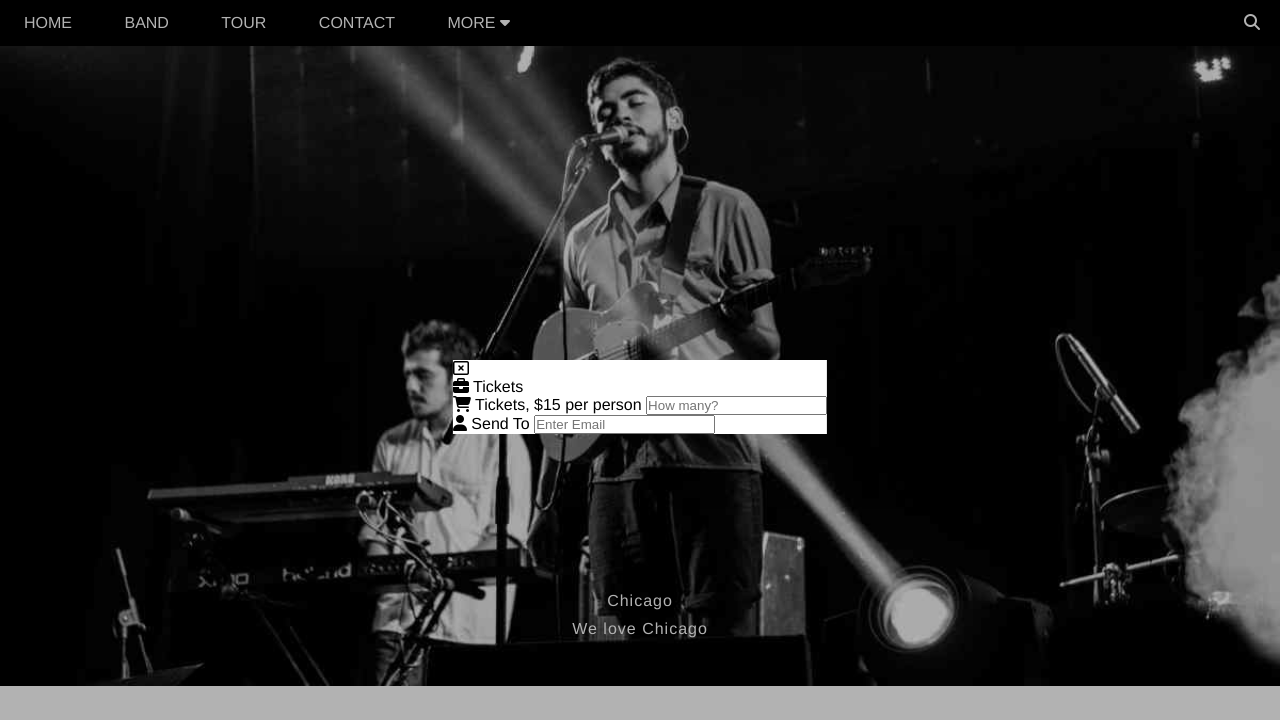
Repository: NguyenMinhChau/Theband
Page: index.html
The author's editor kept a copy of each file at every save. The page is drawn from the files as they stood at one save, then again after the next save.
The browser window is 1280 px wide. The pictures show the window.
A layer covers the whole window, so only the first screen is drawn. Some web libraries are served in a nearby version.

Above is the page before, as saved 2021-10-23 12:47:07.

### index.html
<!DOCTYPE html>
<html lang="en">
<head>
    <meta charset="UTF-8">
    <meta http-equiv="X-UA-Compatible" content="IE=edge">
    <meta name="viewport" content="width=device-width, initial-scale=1.0">
    <title>THE BAND</title>
    <link rel="icon" href="https://www.w3schools.com/w3css/img_la.jpg"/>
    <script src="https://kit.fontawesome.com/a7b0f58175.js" crossorigin="anonymous"></script>
    <link rel="stylesheet" href="./assets/css/style.css">
</head>
<body>
    <div id="main">
        <div id="header">
            <!-- Begin Navigation -->
            <ul id="nav">
                <li><a href="#">Home</a></li>
                <li><a href="#">Band</a></li>
                <li><a href="#">Tour</a></li>
                <li><a href="#">Contact</a></li>
                <li><a href="#">More <i class="fas fa-caret-down"></i></a>
                    <ul class="subnav">
                        <li><a href="#">Merchandise</a></li>
                        <li><a href="#">Extras</a></li>
                        <li><a href="#">Media</a></li>
                    </ul>
                </li>
            </ul>
            <!-- End Navigation -->

            <!-- Begin Search -->
            <div class="icon-search">
                <a href="#"><i class="header-icon-search fas fa-search"></i></a>
            </div>
            <!-- End Search -->
        </div>

        <div id="slider">
            <div class="description">
                <h4>Chicago</h4>
                <p>We love Chicago</p>
            </div>
        </div>

        <div id="content">
            <!-- section: dành cho những phần dùng chung -->
            <!-- ABOUT SECTION -->
            <div class="content-section">
                <h2 class="section-heading">The Band</h2>
                <p class="section-subheading">We love music</p>
                <p class="about-text">We have created a fictional band website. Lorem ipsum dolor sit amet, consectetur adipiscing elit, sed do eiusmod tempor incididunt ut labore et dolore magna aliqua. Ut enim ad minim veniam, quis nostrud exercitation ullamco laboris nisi ut aliquip ex ea commodo consequat. Duis aute irure dolor in reprehenderit in voluptate velit esse cillum dolore eu fugiat nulla pariatur. Excepteur sint occaecat cupidatat non proident, sunt in culpa qui officia deserunt mollit anim id est laborum consectetur adipiscing elit, sed do eiusmod tempor incididunt ut labore et dolore magna aliqua. Ut enim ad minim veniam, quis nostrud exercitation ullamco laboris nisi ut aliquip ex ea commodo consequat.</p>
                <div class="members-list">
                    <div class="member-item">
                        <p class="member-name">Name</p>
                        <img src="./assets/img/about_member01.jpg" alt="" class="member-avata">
                    </div>
                    <div class="member-item">
                        <p class="member-name">Name</p>
                        <img src="./assets/img/about_member01.jpg" alt="" class="member-avata">
                    </div>
                    <div class="member-item">
                        <p class="member-name">Name</p>
                        <img src="./assets/img/about_member01.jpg" alt="" class="member-avata">
                    </div>
                    <div class="clear"></div>
                </div>
            </div>

            <!-- TOUR SECTION -->
            <div class="tour-section">
                <div class="content-section">
                    <h2 class="section-heading text-white">Tours Dates</h2>
                    <p class="section-subheading text-white">Remember to book your tickets!</p>
                    <ul class="tickets-list">
                        <li>September <span class="sold-out">Sold out</span></li>
                        <li>October <span class="sold-out">Sold out</span></li>
                        <li>November <span class="quantity">3</span></li>
                    </ul>
                    <div class="places-list">
                        <div class="place-item">
                            <img src="./assets/img/tour_place01.jpg" alt="New York" class="place-img">
                            <div class="place-body">
                                <h3 class="place-heading">New York</h3>
                                <p class="place-time">Fri 27 Nov 2016</p>
                                <p class="plave-desc">Praesent tincidunt sed tellus ut rutrum sed vitae justo.</p>
                                <a href="#" class="place-buy-btn">Buy Tickets</a>
                            </div>
                        </div>
                        <div class="place-item">
                            <img src="./assets/img/tour_place_02.jpg" alt="New York" class="place-img">
                            <div class="place-body">
                                <h3 class="place-heading">Paris</h3>
                                <p class="place-time">Sat 28 Nov 2016</p>
                                <p class="plave-desc">Praesent tincidunt sed tellus ut rutrum sed vitae justo.</p>
                                <a href="#" class="place-buy-btn">Buy Tickets</a>
                            </div>
                        </div>
                        <div class="place-item">
                            <img src="./assets/img/tour_place_03.jpg" alt="New York" class="place-img">
                            <div class="place-body">
                                <h3 class="place-heading">San Francisco</h3>
                                <p class="place-time">Sun 29 Nov 2016</p>
                                <p class="plave-desc">Praesent tincidunt sed tellus ut rutrum sed vitae justo.</p>
                                <a href="#" class="place-buy-btn">Buy Tickets</a>
                            </div>
                        </div>
                        <div class="clear"></div>
                    </div>
                </div>
            </div>

            <!-- CONTACT SECTION -->
            <div class="content-section">
                <h2 class="section-heading">Contact</h2>
                <p class="section-subheading">Fan? Drop a note!</p>
            </div>
        </div>

        <div id="footer">

        </div>
    </div>
    <!-- BEGIN MODEL -->
    <div class="modal">
        <div class="modal-container">
            <div class="modal-close">
                <i class="far fa-window-close"></i>
            </div>

            <header class="modal-header">
                <i class="fas fa-briefcase"></i> Tickets
            </header>

            <div class="modal-body">
                <div class="form-group">
                    <label for="" class="modal-label">
                        <i class="fas fa-shopping-cart"></i>
                        Tickets, $15 per person
                    </label>
                    <input type="text" class="modal-input" placeholder="How many?">
                </div>
                <div class="form-group">
                    <label for="" class="modal-label">
                        <i class="fas fa-user"></i>
                        Send To
                    </label>
                    <input type="email" class="modal-input" placeholder="Enter Email">
                </div>
            </div>
        </div>
    </div>
    <!-- END MODAL -->
    <script src="assets/js/main.js"></script>
</body>
</html>

### assets/css/style.css
:root{
    --header-height: 46px;
}
*{
    box-sizing: border-box;
    margin: 0;
    padding: 0;
}

html{
    font-family: Helvetica, Arial, sans-serif;
}

.clear{
    clear: both;
}

.text-white{
    color: #fff !important;
}

/* BEGIN CSS HEADER */
#header{
    height: var(--header-height);
    background-color: #000;
    position: fixed;
    top: 0;
    left: 0;
    right: 0;
}

#nav{
    display: inline-block;
}

#nav,
#subnav{
    list-style-type: none;
}

#nav li{
    display: inline-block;
    position: relative;
}

#nav > li > a{
    color: #fff;
    text-transform: uppercase;
}

#nav li a {
    text-decoration: none;
    line-height: var(--header-height);
    padding: 0 24px;

    display: block;
}

#nav > li:hover > a,
#nav .subnav li:hover a {
    color: #000;
    background-color: #ccc;
}

#nav > li:hover .subnav{
    display: block;
}

#nav .subnav{
    display: none;
    position: absolute;
    background-color: #fff;
    box-shadow: 0 0 10px rgba(0,0,0,0.3);
    color: #000;
    top: 100%;
    left: 0;
}

#nav .subnav li a{
    color: #000;
    padding: 0 12px;
    line-height: 38px;
    min-width: 160px;
}

#nav .subnav li{
    display: block;
}

#header .icon-search{
    /* position: absolute;
    top: 0;
    right: 0; */
    float: right;
    line-height: var(--header-height);
    padding: 0 20px;
}

#header .icon-search a{
    text-decoration: none;
}

#header .icon-search:hover{
    background-color: rgb(255, 39, 39);
    cursor: pointer;
}

#header .icon-search .header-icon-search{
    color: #fff;
}
/* END CSS HEADER */


/* BEGIN CSS SLIDER */
#slider{
    position: relative;
    margin-top: var(--header-height);
    /* Kỹ thuật tạo ảnh không bị méo khi thay đổi kích thước */
    padding-top: 50%; /* % là theo chiều ngang của chính nó*/

    /* Khi dùng padding như trên -> ta dùng bg-image để tạo ảnh vì có thể đổ ảnh từ padding */
    background: url('../img/slider_band_chicago.jpg') no-repeat center / cover;
    z-index: -1;
}

#slider .description{
    position: absolute;
    bottom: 0;
    left: 50%;
    transform: translateX(-50%);

    color: #fff;
    text-align: center;
    margin-bottom: 48px;
    letter-spacing: 1px;
}

#slider .description h4,
#slider .description p{
    text-shadow: 0 0 10 rgba(0,0,0,0.5);
}

#slider .description h4{
    font-weight: 540;
    padding: 10px 0;
}
/* END CSS SLIDER */

/* BEGIN CSS CONTENT */
/* CSS ABOUT */
#content .content-section{
    width: 800px;
    margin: auto;
    padding: 64px 0;
}

#content .section-heading,
#content .section-subheading{
    text-align: center;
}

#content .section-heading{
    font-size: 30px;
    font-weight: 500;
    text-transform: uppercase;
    letter-spacing: 4px;
}

#content .section-subheading{
    font-size: 15px;
    font-style: italic;
    margin: 25px 0;
    opacity: 0.7;
}

#content .about-text{
    text-align: justify;
    font-size: 15px;
    line-height: 1.4;
}

#content .members-list{
    margin-top: 48px;
}

#content .member-item{
    float: left;
    text-align: center;
    width: calc(100% / 3);
}

#content .member-name{
    font-size: 15px;
}

#content .member-avata{
    margin-top: 15px;
    width: 154px;
    border-radius: 5px;
}

/* CSS TOUR */
#content .tour-section{
    background-color: #000;
}

#content .tickets-list{
    background-color: #fff;
    margin: 40px 0;
    list-style: none;
}

#content .tickets-list li{
    font-size: 15px;
    padding: 12px 16px;
    border-bottom: 1px solid #ddd;
    color: #757575;
}

#content .tickets-list .sold-out{
    background-color: #f44336;
    color: #fff;
    padding: 3px 4px;
    margin-left: 16px;
}

#content .tickets-list .quantity{
    float: right;
    background-color: #000;
    border-radius: 50%;
    width: 24px;
    height: 24px;
    color: #fff;
    text-align: center;
    line-height: 24px;
    margin-top: -3px;
}

#content .tour-section .places-list{
    margin: 0 -8px 48px;
}

#content .place-item{
    float: left;
    width: calc(100% / 3);
    padding: 0 8px;
}

#content .place-img{
    width: 100%;
    display: block;
}

#content .place-img:hover{
    opacity: 0.7;
}

#content .place-body{
    background-color: #fff;
    padding: 16px;
    font-size: 15px;
}

#content .place-heading{
    font-weight: 550;
}

#content .place-time{
    margin: 15px 0;
    color: #757575;
}

#content .plave-desc{
    line-height: 1.4;
}

#content .place-buy-btn{
    text-decoration: none;
    background-color: #000;
    color: #fff;
    padding: 11px 16px;
    /* Khắc phục tình trạng button che thẻ description */
    display: inline-block;
    margin-top: 15px;
}

#content .place-buy-btn:hover{
    background-color: #ccc;
    color: #000;
}
/* END CSS CONTENT */


#footer{

}

/* BEGIN CSS MODAL */
.modal{
    position: fixed;
    top: 0;
    bottom: 0;
    right: 0;
    left: 0;
    background: rgba(0,0,0,0.3);
    display: flex;
    align-items: center;
    justify-content: center;
}

.modal-container{
    position: absolute;
    top: 50%;
    left: 50%;
    transform: translateX(-50%);
    background-color: #fff;
}

.modal-close{

}

.modal-header{

}
/* END CSS MODAL */

Loaded but not shown: assets/js/main.js (no stored copy; drawn as an empty file)

After the next save:
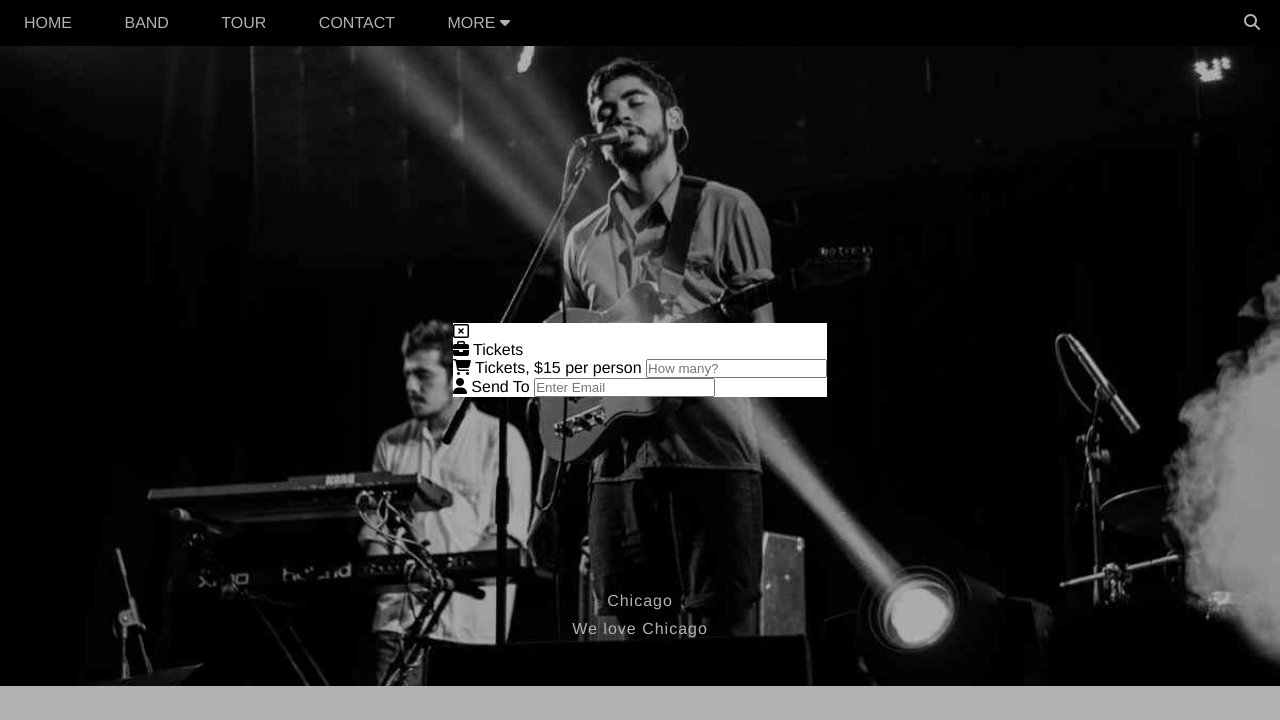
Saved 4 s later.
--- a/assets/css/style.css
+++ b/assets/css/style.css
@@ -309,10 +309,6 @@
 }
 
 .modal-container{
-    position: absolute;
-    top: 50%;
-    left: 50%;
-    transform: translateX(-50%);
     background-color: #fff;
 }
 
